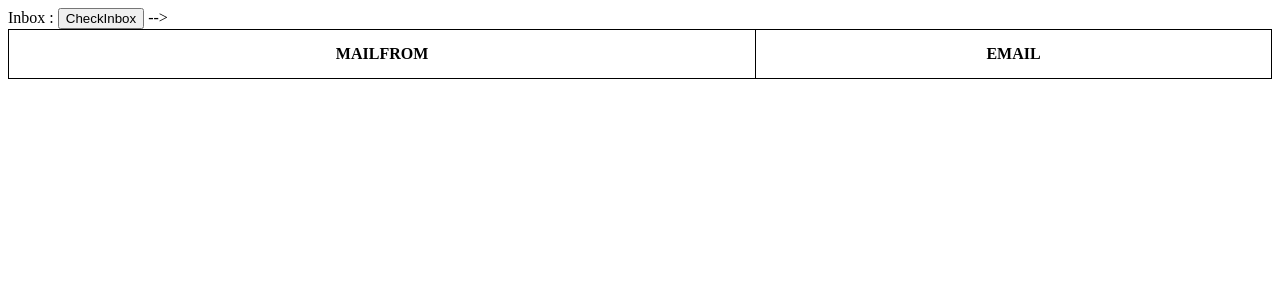
Repository: SriMerla/ServletsAndJsps
Page: Servlets/WebApplicationProject/WebContent/checkInbox.html
An editor plug-in stored every save of this project. The page is shown before and after the next save, followed by the edit.
The browser window is 1280 px wide. The pictures show the whole page.

Above is the page before, as saved 2020-01-23 20:40:57.

### Servlets/WebApplicationProject/WebContent/checkInbox.html
<!DOCTYPE html>
<html>
<head>
<meta charset="ISO-8859-1">
<title>Inbox</title>
<style>
table, th, td {
  border: 1px solid black;
  border-collapse: collapse;
}
th, td {
  padding: 15px;
}
</style>
</head>
<body>
     <font action="checkInbox" method="post">
       Inbox :  <input type="submit" value="CheckInbox"> -->
     </font>
     <table action="checkInbox" style="width:100%" method="post">
  <tr>
    <th>MAILFROM</th>
    <th>EMAIL</th>
  </tr>
  <!-- <tr>
    <td>Jill</td>
    <td>Smith</td>
    <td>50</td>
  </tr>
  <tr>
    <td>Eve</td>
    <td>Jackson</td>
    <td>94</td>
  </tr>
  <tr>
    <td>John</td>
    <td>Doe</td>
    <td>80</td>
  </tr> -->
</table>

</body>
</html>

After the next save:
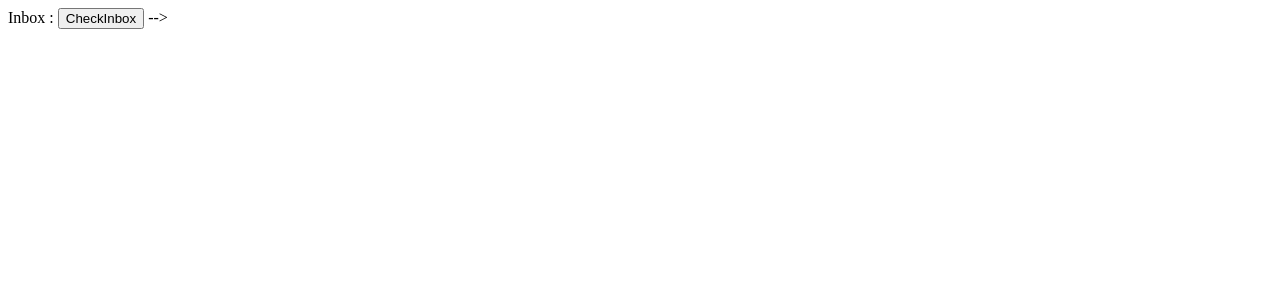
Saved 24 s later.
--- a/Servlets/WebApplicationProject/WebContent/checkInbox.html
+++ b/Servlets/WebApplicationProject/WebContent/checkInbox.html
@@ -17,27 +17,7 @@ th, td {
      <font action="checkInbox" method="post">
        Inbox :  <input type="submit" value="CheckInbox"> -->
      </font>
-     <table action="checkInbox" style="width:100%" method="post">
-  <tr>
-    <th>MAILFROM</th>
-    <th>EMAIL</th>
-  </tr>
-  <!-- <tr>
-    <td>Jill</td>
-    <td>Smith</td>
-    <td>50</td>
-  </tr>
-  <tr>
-    <td>Eve</td>
-    <td>Jackson</td>
-    <td>94</td>
-  </tr>
-  <tr>
-    <td>John</td>
-    <td>Doe</td>
-    <td>80</td>
-  </tr> -->
-</table>
+
 
 </body>
 </html>
